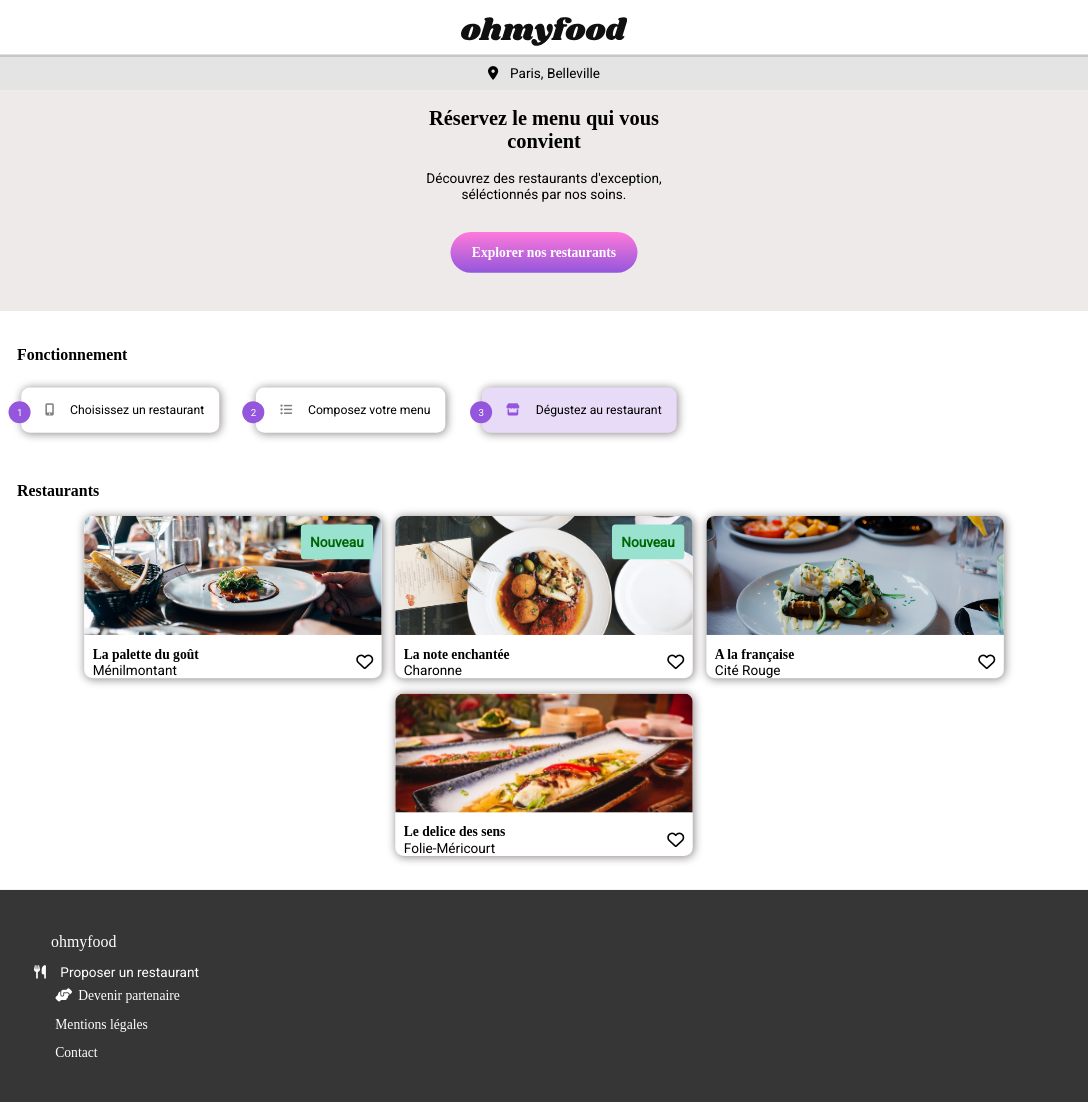
Repository: Micka-17/boimickael_3_16042021
Page: index.html
An editor plug-in stored every save of this project. The page is shown before and after the next save, followed by the edit.
The browser window is 1280 px wide. The pictures show the whole page, at 85% of full size.
Some web fonts or font styles are not loaded; a fallback is used. Some web libraries are served in a nearby version. The style sheet was rebuilt from its Sass, Less or Tailwind sources for each picture, by a compiler version that may differ from the author's.

Above is the page before, as saved 2021-05-25 08:52:52.

After the next save:
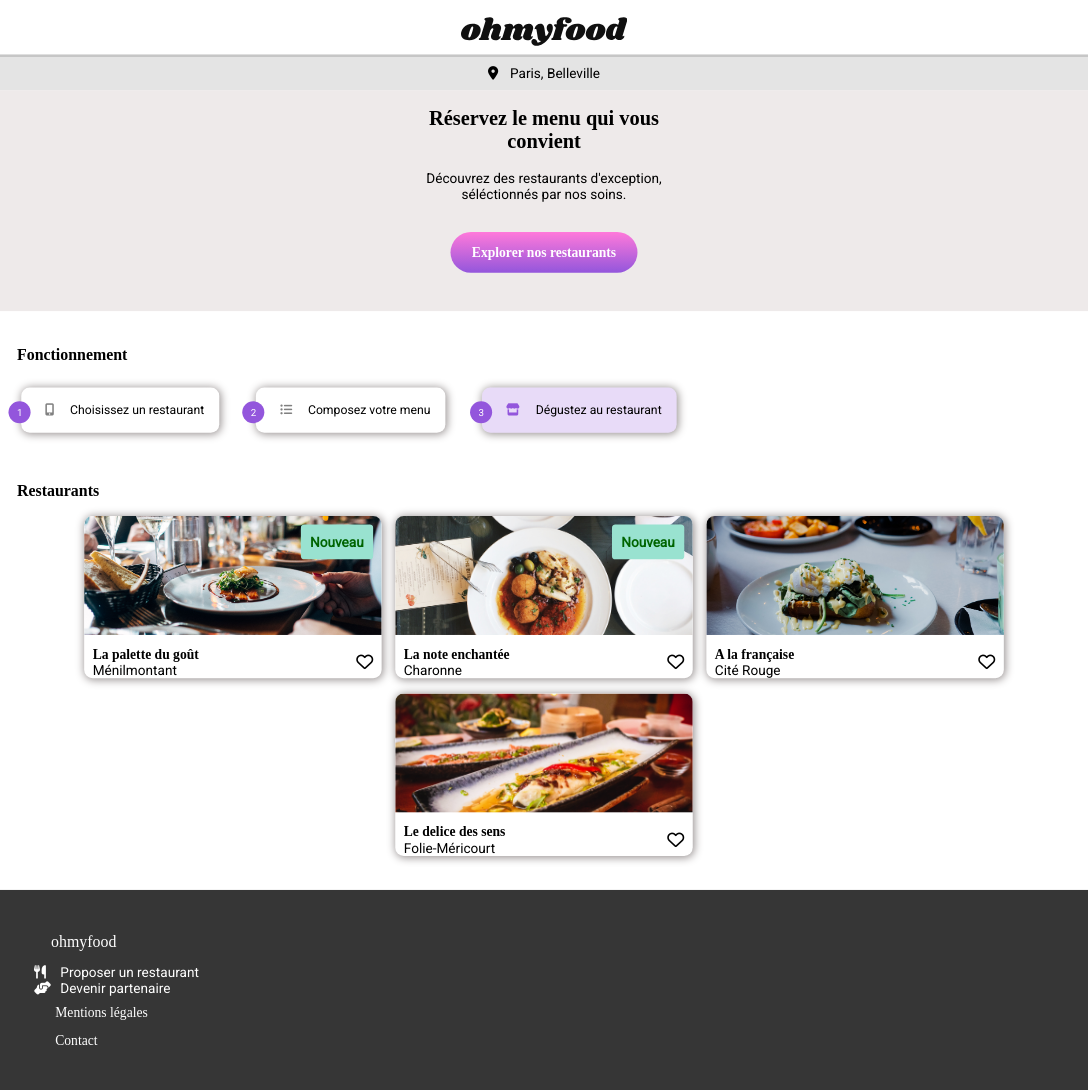
Saved 6 s later.
--- a/index.html
+++ b/index.html
@@ -113,7 +113,7 @@
                 <h3 id="logo-white">ohmyfood</h3>
                 <div>
                     <p><i class="fas fa-utensils icon-footer"></i> Proposer un restaurant</p>
-                    <li><i class="fas fa-hands-helping icon-footer"></i> Devenir partenaire</p>
+                    <p><i class="fas fa-hands-helping icon-footer"></i> Devenir partenaire</p>
                     <li>Mentions légales</li>
                     <a id="contact" href="mailto:contact@ohmyfood.com"><li>Contact</p></a>
                 </div>
